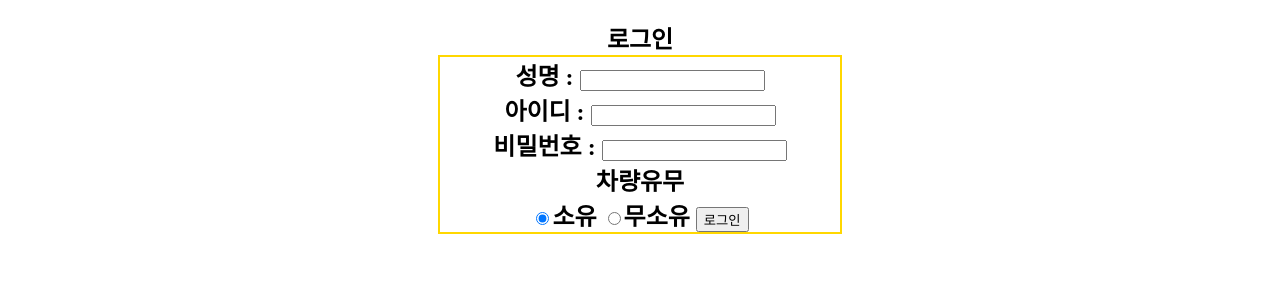
Repository: JaySurplusYoon/JSP_Servlet
Page: jsp01/WebContent/Human_info.html
The author's editor kept a copy of each file at every save. The page is drawn from the files as they stood at one save, then again after the next save.
The browser window is 1280 px wide. The pictures show the whole page.

Above is the page before, as saved 2017-08-10 14:57:02.

### jsp01/WebContent/Human_info.html
<!DOCTYPE html>
<html>
<head>
<meta charset="UTF-8">
<title>회원정보</title>
<style>
	#loginFormArea{
		text-align : center;
		width : 400px;
		margin : auto;
		border : 2px solid gold;
	}
	h2{
		text-align : center;
	}
</style>
</head>
<body>
	<h2>로그인</h>
	<section id  = "loginFormArea">

		<form action="HI" method="get">
		<label id = "name">성명 :</label>
			<input type ="text" id="name" id="name"><br>
		<label id = "id">아이디 :</label>
			<input type= "text" name= "id" id="id"> <br>
		<label id = "password">비밀번호 :</label>
			<input type = "password" name="pw" id="pw"><br>
		<label id = "car">차량유무</label><br>
			<input type="radio" name="car" value="소유" checked="checked">소유
			<input type="radio" name="car" value="무소유">무소유
		<input type="submit" value="로그인">
		</form>
	</section>

</body>
</html>

After the next save:
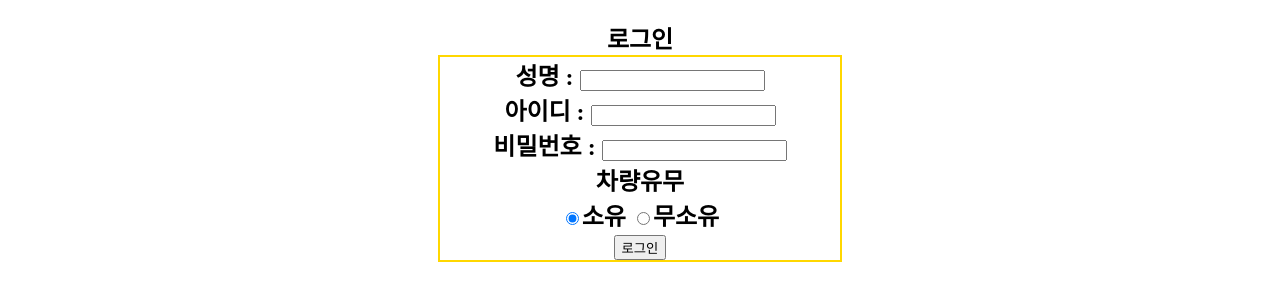
Saved 28 s later.
--- a/jsp01/WebContent/Human_info.html
+++ b/jsp01/WebContent/Human_info.html
@@ -28,7 +28,7 @@
 			<input type = "password" name="pw" id="pw"><br>
 		<label id = "car">차량유무</label><br>
 			<input type="radio" name="car" value="소유" checked="checked">소유
-			<input type="radio" name="car" value="무소유">무소유
+			<input type="radio" name="car" value="무소유">무소유<br>
 		<input type="submit" value="로그인">
 		</form>
 	</section>
